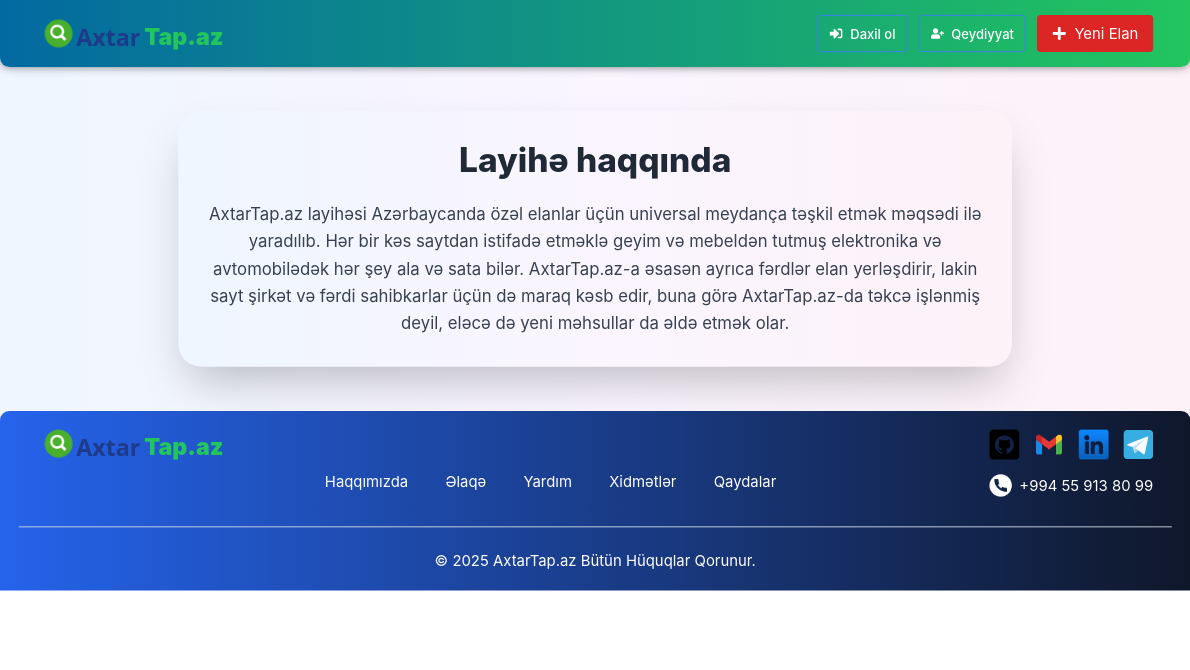
Repository: Omur56/AxtarTap.az
Page: /about
An editor plug-in stored every save of this project. The page is shown before and after a run of saves, followed by the edit.
The browser window is 1280 px wide. The pictures show the whole page, at 93% of full size.
The project was rebuilt for these pictures with package versions that can differ from the ones it lists, and the page was loaded fresh each time. Some packages were replaced by stand-ins written for this rebuild. Also part of the build but not shown: src/pages/Katalog/Cateqories/index.jsx, src/pages/Katalog/index.jsx, src/pages/Contact/index.jsx, src/pages/Qaydalar/index.jsx, src/pages/Yardım/index.jsx, src/pages/Xidmetler/index.jsx, src/pages/Home/index.jsx, src/components/CreatePostNeqliyyat/index.jsx and 32 more.

Above is the page before, as saved 2025-08-21 19:36:23.

After the next 2 saves:
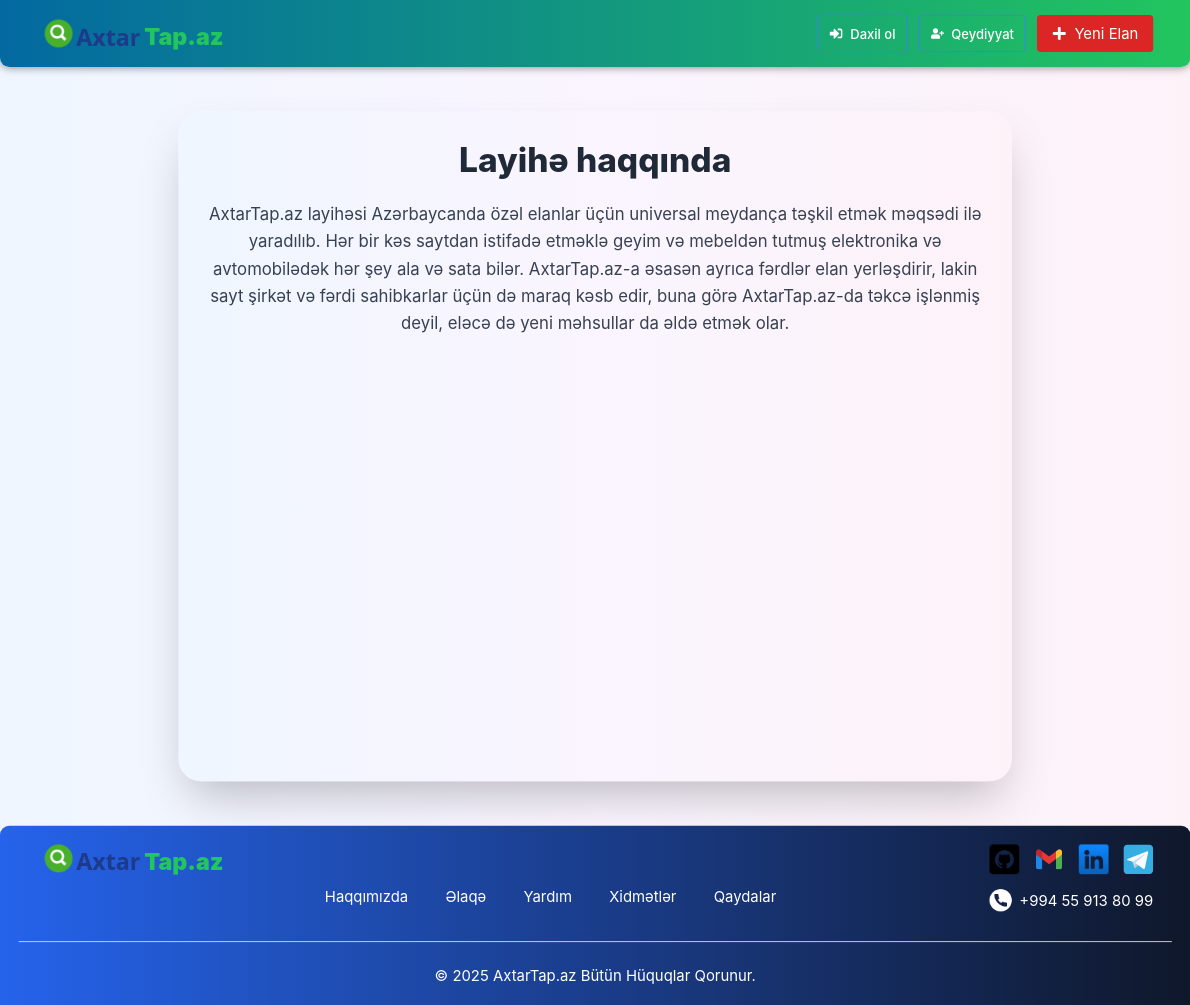
The 2 saves are shown as one change because they came seconds apart.
The last was saved 6 s later.
--- a/src/pages/About/index.jsx
+++ b/src/pages/About/index.jsx
@@ -8,7 +8,7 @@ return( <div>
 
 
 
-<div className="max-w-4xl mx-auto p-8 mt-12 mb-12 min-h- bg-gradient-to-r from-blue-50 via-purple-50 to-pink-50 rounded-3xl shadow-2xl">
+<div className="max-w-4xl mx-auto p-8 mt-12 mb-12 min-h-screen bg-gradient-to-r from-blue-50 via-purple-50 to-pink-50 rounded-3xl shadow-2xl">
   <h2 className="text-4xl font-extrabold text-gray-800 mb-6 text-center">Layihə haqqında</h2>
 
   <p className="text-gray-700 text-lg leading-relaxed text-center">
